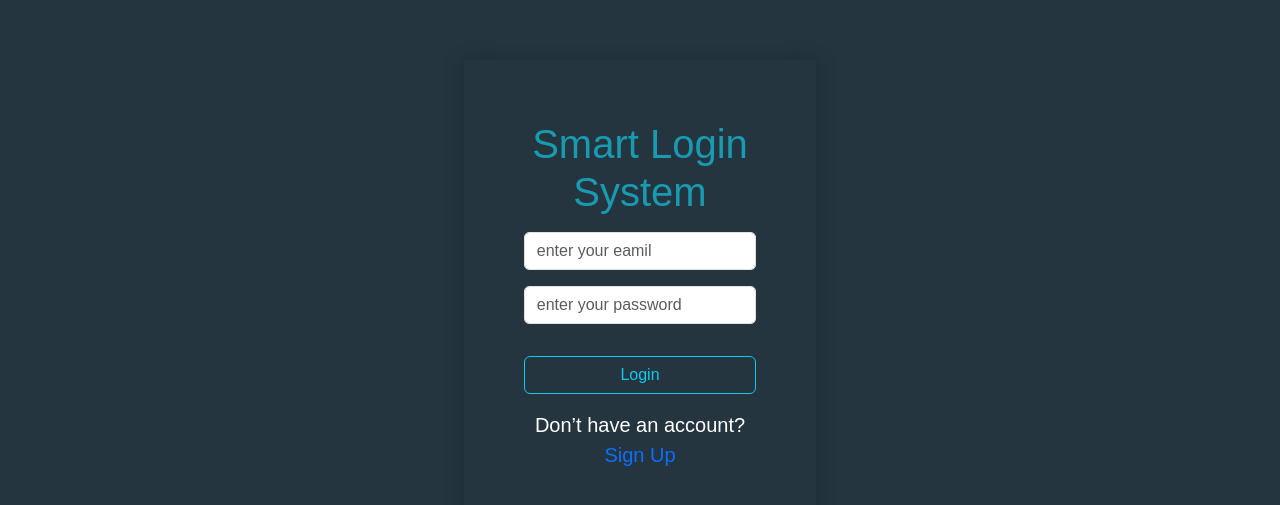
Repository: bodajava/TASK-4
Page: index.html
These files come from the project's save history. The page is drawn as it stood at one moment and after the next save; the edit follows.
The browser window is 1280 px wide. The pictures show the whole page.

Above is the page before, as saved 2025-06-16 18:56:20.

After the next save:
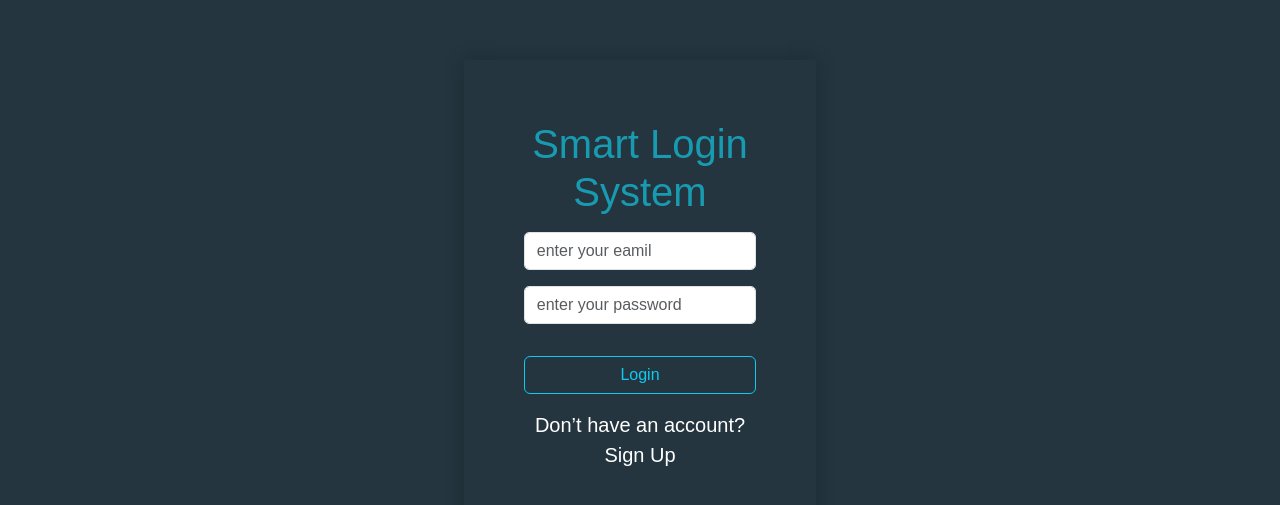
Saved 19 s later.
--- a/CSS/style.css
+++ b/CSS/style.css
@@ -57,3 +57,10 @@ a:hover {
   font-weight: 400;
   color: white;
 }
+
+.paragraph a {
+  font-size: 20px;
+  line-height: 30px;
+  font-weight: 400;
+  color: white;
+}
